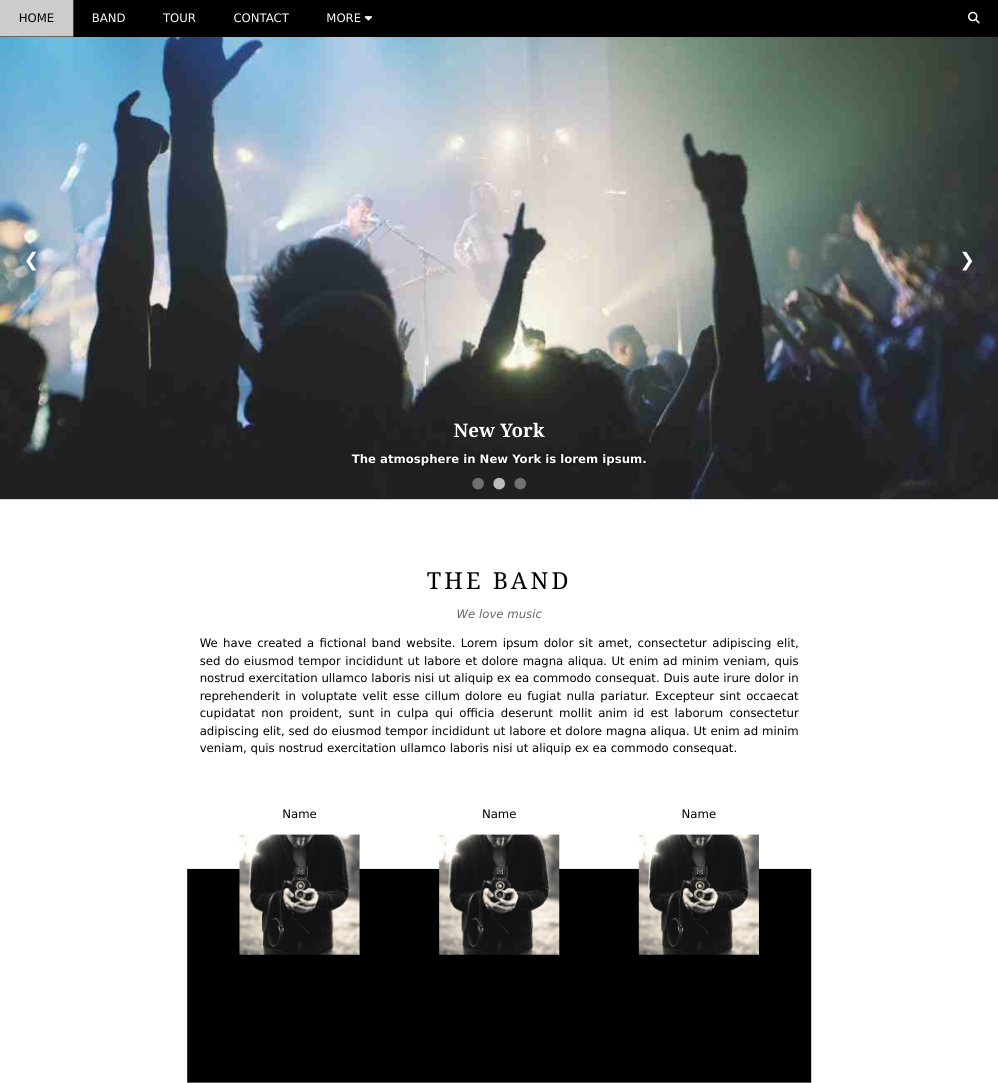
Repository: tam1512/The-Band
Page: index.html
These files come from the project's save history. The page is drawn as it stood at one moment and after the next save; the edit follows.
The browser window is 1280 px wide. The pictures show the whole page, at 78% of full size.
Some web libraries are served in a nearby version.

Above is the page before, as saved 2022-07-23 11:19:23.

### index.html
<!DOCTYPE html>
<html lang="en">
  <head>
    <meta charset="UTF-8" />
    <meta http-equiv="X-UA-Compatible" content="IE=edge" />
    <meta name="viewport" content="width=device-width, initial-scale=1.0" />
    <link
      rel="stylesheet"
      href="https://cdnjs.cloudflare.com/ajax/libs/font-awesome/6.1.1/css/all.min.css"
      integrity="sha512-KfkfwYDsLkIlwQp6LFnl8zNdLGxu9YAA1QvwINks4PhcElQSvqcyVLLD9aMhXd13uQjoXtEKNosOWaZqXgel0g=="
      crossorigin="anonymous"
      referrerpolicy="no-referrer"
    />
    <link rel="stylesheet" href="./assets/css/style.css" />
    <title>The Band</title>
  </head>
  <body>
    <div class="container">
      <div class="header" id="home">
        <ul class="header_nav">
          <li><a href="#home">HOME</a></li>
          <li><a href="#band">BAND</a></li>
          <li><a href="#tour">TOUR</a></li>
          <li><a href="#contact">CONTACT</a></li>
          <li class="header_nav_dropdown">
            <a href="javascript:void(0)" class="dropbtn">
              MORE
              <i class="fa-solid fa-caret-down"></i>
            </a>
            <div class="dropdown-content">
              <a href="#">Merchandise</a>
              <a href="#">Extras</a>
              <a href="#">Media</a>
            </div>
          </li>
        </ul>
        <div id="header_search">
          <i class="fa-solid fa-magnifying-glass color-white"></i>
        </div>
      </div>
      <!-- Slideshow container -->
      <div class="slider">
        <!-- Full-width image with caption text -->
        <div class="slider_slides-cont">
          <div class="slider_slide">
            <img src="assets/img/la.jpg" alt="Los Angeles" />
            <div class="text padding-32-16 color-white">
              <h3 class="fz-24 margin-10-0">Los Angeles</h3>
              <p class="margin-15-0">
                <b class="text-shadow">We had the bes time playing at Venice Beach!</b>
              </p>
            </div>
          </div>

          <div class="slider_slide">
            <img src="assets/img/ny.jpg" alt="New York" />
            <div class="text padding-32-16 color-white">
              <h3 class="fz-24 margin-10-0">New York</h3>
              <p class="margin-15-0">
                <b class="text-shadow">The atmosphere in New York is lorem ipsum.</b>
              </p>
            </div>
          </div>

          <div class="slider_slide">
            <img src="assets/img/chicago.jpg" alt="Chicago" />
            <div class="text padding-32-16 color-white">
              <h3 class="fz-24 margin-10-0">Chicago</h3>
              <p class="margin-15-0">
                <b class="text-shadow">Thank you, Chicago - A night we won't forget</b>
              </p>
            </div>
          </div>
        </div>

        <!-- The pagination/circles -->
         <div class="slider_pagination"></div>

        <!-- Next and previous buttons (navigatin slide)-->
        <a class="prev">&#10094</a>
        <a class="next">&#10095</a>
        </div>
      </div>
      <div class="content">
        <div class="padding-64-16 text-center" id="band">
          <h2 class="tilte fz-30 margin-10-0">THE BAND</h2>
          <p><i class="sub-title">We love music</i></p>
          <p class="band_content margin-15-0 text-justify">We have created a fictional band website. Lorem ipsum dolor sit amet, consectetur adipiscing elit, sed do eiusmod tempor incididunt ut labore et dolore magna aliqua. Ut enim ad minim veniam, quis nostrud exercitation ullamco laboris nisi ut aliquip ex ea commodo consequat. Duis aute irure dolor in reprehenderit in voluptate velit esse cillum dolore eu fugiat nulla pariatur. Excepteur sint occaecat cupidatat non proident, sunt in culpa qui officia deserunt mollit anim id est laborum consectetur adipiscing elit, sed do eiusmod tempor incididunt ut labore et dolore magna aliqua. Ut enim ad minim veniam, quis nostrud exercitation ullamco laboris nisi ut aliquip ex ea commodo consequat.</p>
          <div class="band_members padding-32-0">
            <div class="band_member">
              <p class="margin-15-0">Name</p>
              <img src="assets/img/bandmember.jpg" alt="band member" class="band_member_img margin-bottom-16">
            </div>
            <div class="band_member">
              <p class="margin-15-0">Name</p>
              <img src="assets/img/bandmember.jpg" alt="band member" class="band_member_img margin-bottom-16">
            </div>
            <div class="band_member">
              <p class="margin-15-0">Name</p>
              <img src="assets/img/bandmember.jpg" alt="band member" class="band_member_img margin-bottom-16">
            </div>
          </div>
        </div>
        <div class="backgroud-black" id="tour">
          <div class="padding-64-16 text-center">
            <h2 class="tilte fz-30 margin-10-0">TOUR DATES</h2>
            <p><i class="sub-title">Remember to book your tickets!</i></p>
          </div>
        </div>
      </div>
    </div>
    <script src="assets/js/js.js"></script>
  </body>
</html>

### assets/css/style.css
:root {
}

* {
  padding: 0;
  margin: 0;
  box-sizing: border-box;
}

body {
  font-family: Verdana, sans-serif;
  font-size: 15px;
  line-height: 22.5px;
}

h1,
h2,
h3,
h4,
h5,
h6 {
  font-family: Georgia, serif;
}

.fz-24 {
  font-size: 24px;
}

.fz-30 {
  font-size: 30px;
}

.color-white {
  color: white;
}

.backgroud-black {
  background-color: #000;
}

.text-center {
  text-align: center;
}

.text-justify {
  text-align: justify;
}

.padding-64-16 {
  padding: 64px 16px !important;
}

.padding-32-16 {
  padding: 32px 16px !important;
}
.padding-32-0 {
  padding: 32px 0;
}

.padding-32 {
  padding: 32px;
}

.margin-0-24 {
  margin: 0 24px !important;
}

.margin-10-0 {
  margin: 10px 0 !important;
}

.margin-15-0 {
  margin: 15px 0 !important;
}

.margin-bottom-16 {
  margin-bottom: 16px;
}

.text-shadow {
  text-shadow: 0 0 3px #000;
}

.header {
  position: fixed;
  top: 0;
  right: 0;
  left: 0;
  z-index: 2;
}

.header_nav {
  list-style-type: none;
  background-color: #000;
  overflow: hidden;
}

.header_nav > li {
  float: left;
}

.header_nav > li > a,
.dropbtn {
  display: inline-block;
  padding: 12px 24px;
  text-align: center;
  color: #fff;
  text-decoration: none;
}

.header_nav > li > a:hover,
.header_nav_dropdown:hover,
.dropbtn:hover,
.dropdown-content a:hover {
  background-color: #ccc;
  color: black;
}

li.header_nav_dropdown {
  display: inline-block;
  /* position: relative; */
}

.dropdown-content {
  display: none;
  position: absolute;
  min-width: 160px;
  background-color: #fff;
  box-shadow: 0px 8px 16px 0px rgba(0, 0, 0, 0.2);
  z-index: 1;
}

.dropdown-content a {
  color: #000 !important;
  text-align: left;
  padding: 8px 16px;
  display: block;
  text-decoration: none;
}

.header_nav_dropdown:hover .dropdown-content {
  display: block;
}

#header_search {
  position: absolute;
  top: 0;
  right: 0;
  padding: 12px 24px;
}

#header_search:hover {
  background-color: #f44336;
}

/* Slider */
/* Slideshow container */
.slider,
.slider_slides-cont {
  max-width: 100%;
  height: auto;
  position: relative;
  /* top: 47px; */
  margin: auto;
}

/* Hide the images by default */
.slider_slide {
  display: none;
}

.slider_slide:first-child {
  display: block;
}

.slider_slides-cont img {
  width: 100%;
  height: 100%;
}

/* Next & previous buttons */
.prev,
.next {
  cursor: pointer;
  position: absolute;
  top: 50%;
  transform: translate(0, -50%);
  margin: 10px;
  padding: 24px 20px;
  color: #fff;
  font-weight: bold;
  font-size: 24px;
  transition: background-color 0.6s ease;
  border-radius: 5px 5px 5px 5px;
  user-select: none;
}

/* Position the "next button" to the right */
.next {
  right: 0;
  border-radius: 5px 5px 5px 5px;
}

/* On hover, add a black backgroound color with a little bit see-through */
.prev:hover,
.next:hover {
  background-color: rgba(191, 191, 191, 0.6);
  color: rgb(26, 23, 23);
  font-weight: bolder;
}

/* Caption text */
.text {
  position: absolute;
  left: 50%;
  transform: translate(-50%, -100%);
  text-align: center;
}

.slider_pagination {
  position: absolute;
  left: 50%;
  transform: translate(-50%, -120%);
}

.slider_pagination_btn {
  cursor: pointer;
  padding: 6px;
  background-color: transparent;
  display: inline-block;
  transition: background-color 0.6s ease;
}

.slider_pagination_btn::before {
  content: "";
  display: inline-block;
  height: 15px;
  width: 15px;
  border-radius: 50%;
  background-color: #717171;
}
.slider_pagination_btn.slider_pagination_btn--sel::before,
.slider_pagination_btn:hover::before {
  background-color: #bbb;
}

/* content */

#band,
#tour,
#contact {
  max-width: 800px;
  margin-left: auto;
  margin-right: auto;
}

.tilte {
  font-weight: normal;
  line-height: 45px;
  letter-spacing: 4px;
}

.sub-title {
  opacity: 0.6;
}
/* band */
/* Third image */

.band_members::before {
  content: "";
  clear: both;
}

.band_members::after {
  content: "";
  clear: both;
}

.band_member {
  float: left;
  width: calc(100% / 3);
}

.band_member_img {
  width: 60%;
}

### assets/js/js.js
let currentIndex = 0;
let newIndex = 0;
let autoplay = true;

//tạo một object cho việc tự động chuyển slide
let Autoplay = {
  timerID: null,
  interval: 4000,

  start: function () {
    this.timerID = setInterval(function () {
      newIndex++;
      navigateSlider();
    }, this.interval);
  },

  reset: function () {
    clearInterval(this.timerID);
    this.start();
  },
};

let slideElements = document.getElementsByClassName("slider_slide");
let slidesLength = slideElements.length;
let paginationElement = document.getElementsByClassName("slider_pagination")[0];
let prevElement = document.getElementsByClassName("prev")[0];
let nextElement = document.getElementsByClassName("next")[0];

// lấy sự kiện click của 2 nut prev và next
prevElement.addEventListener("click", function () {
  newIndex--;
  navigateSlider();
});

nextElement.addEventListener("click", function () {
  newIndex++;
  navigateSlider();
});

// tạo số dot tương ứng với số slide
paginationHTML = [];
for (let i = 0; i < slidesLength; i++) {
  paginationHTML.push(
    `<span class="slider_pagination_btn" data-index="${i}"></span>`
  );
}
// Thêm paginationHTML vào bên trong thẻ HTML
paginationElement.innerHTML = paginationHTML.join("");

//kiểm tra xem đã có phần tử chứa class="slider_pagination_btn" chưa? nếu có lấy giá trị trong data-index của nó gán cho newIndex
paginationElement.addEventListener("click", function (e) {
  let target = e.target;
  if (target.classList.contains("slider_pagination_btn")) {
    newIndex = Number(target.getAttribute("data-index"));
    navigateSlider();
  }
});

// Hàm hiện thị slide
function navigateSlider() {
  // Kiểm tra để newIndex luôn nằm trong khoảng từ 0 -> slideLength
  if (newIndex < 0) {
    newIndex = slidesLength - 1;
  } else if (newIndex > slidesLength - 1) {
    newIndex = 0;
  }

  //Thêm và xóa slider_pagination_btn--sel
  paginationElement.childNodes[currentIndex].classList.remove(
    "slider_pagination_btn--sel"
  );
  paginationElement.childNodes[newIndex].classList.add(
    "slider_pagination_btn--sel"
  );

  //reset interval(khoảng thời gian) để slide không gặp vấn đề về chuyển đổi
  if (autoplay) {
    Autoplay.reset();
  }

  //Ẩn slide trước và hiện slide cần hiện
  slideElements[currentIndex].style.display = "none";
  slideElements[newIndex].style.display = "block";

  currentIndex = newIndex;
}

// thiết lập autoplay cho slider
if (autoplay) {
  Autoplay.start();
}

// khi load page sẽ bị lỗi hiển thị ban đầu, đây là cách giải quyết
navigateSlider();

After the next save:
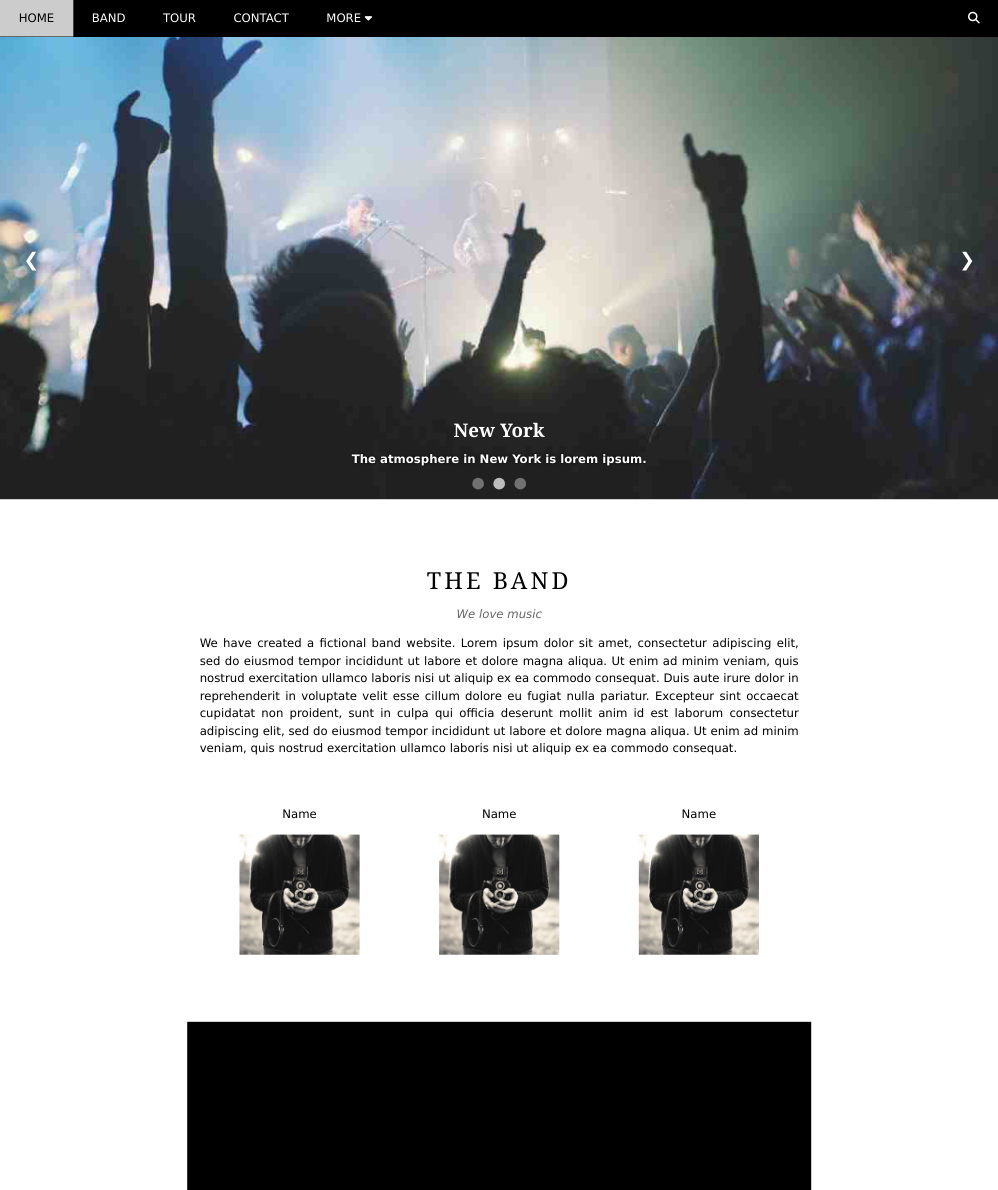
Saved 91 s later.
--- a/index.html
+++ b/index.html
@@ -100,6 +100,7 @@
               <img src="assets/img/bandmember.jpg" alt="band member" class="band_member_img margin-bottom-16">
             </div>
           </div>
+          <div style="clear: both;"></div>
         </div>
         <div class="backgroud-black" id="tour">
           <div class="padding-64-16 text-center">

After the 2 saves that followed:
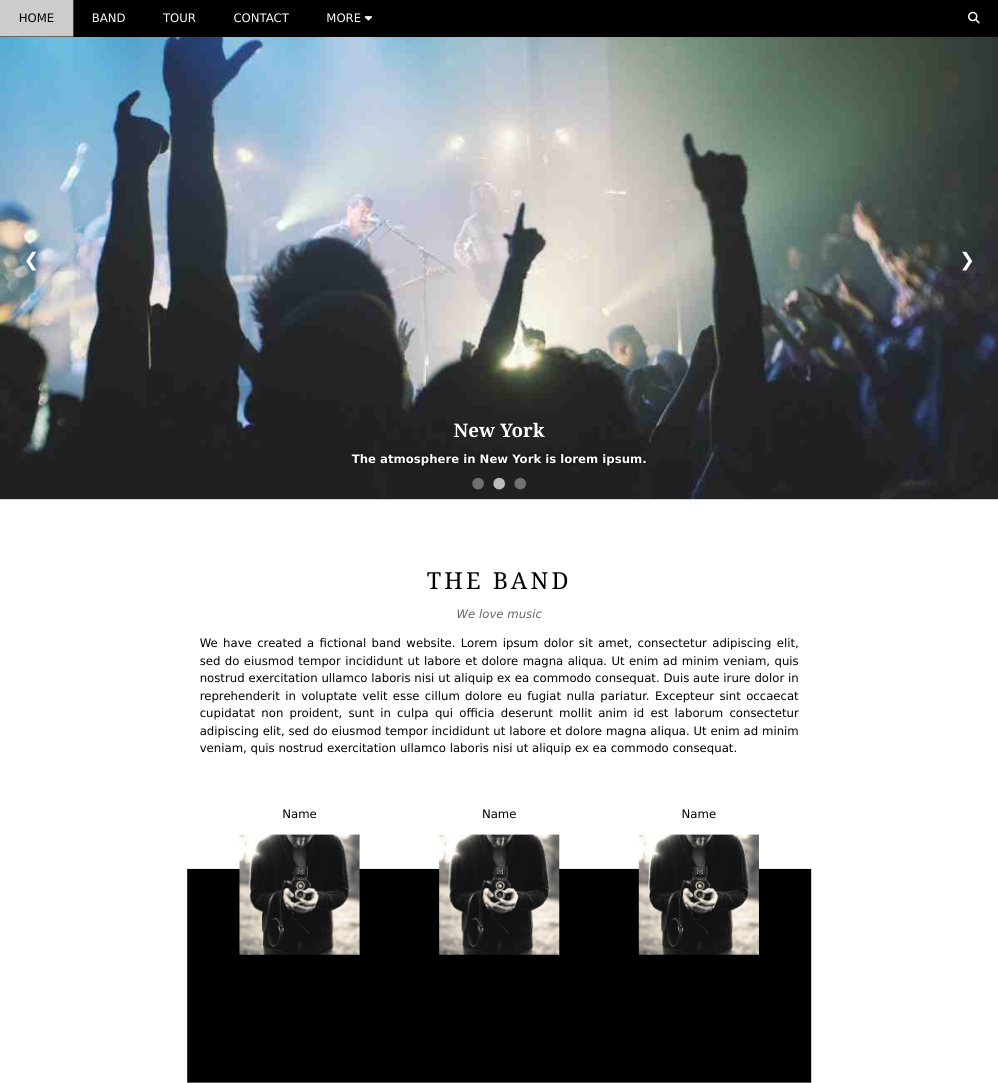
The 2 saves are shown as one change because 1 left the picture as it was.
The last was saved 39 s later.
--- a/index.html
+++ b/index.html
@@ -100,7 +100,7 @@
               <img src="assets/img/bandmember.jpg" alt="band member" class="band_member_img margin-bottom-16">
             </div>
           </div>
-          <div style="clear: both;"></div>
+          <!-- <div style="clear: both;"></div> -->
         </div>
         <div class="backgroud-black" id="tour">
           <div class="padding-64-16 text-center">
--- a/assets/css/style.css
+++ b/assets/css/style.css
@@ -266,13 +266,8 @@ li.header_nav_dropdown {
 /* band */
 /* Third image */
 
-.band_members::before {
-  content: "";
-  clear: both;
-}
-
 .band_members::after {
-  content: "";
+  content: " ";
   clear: both;
 }
 
